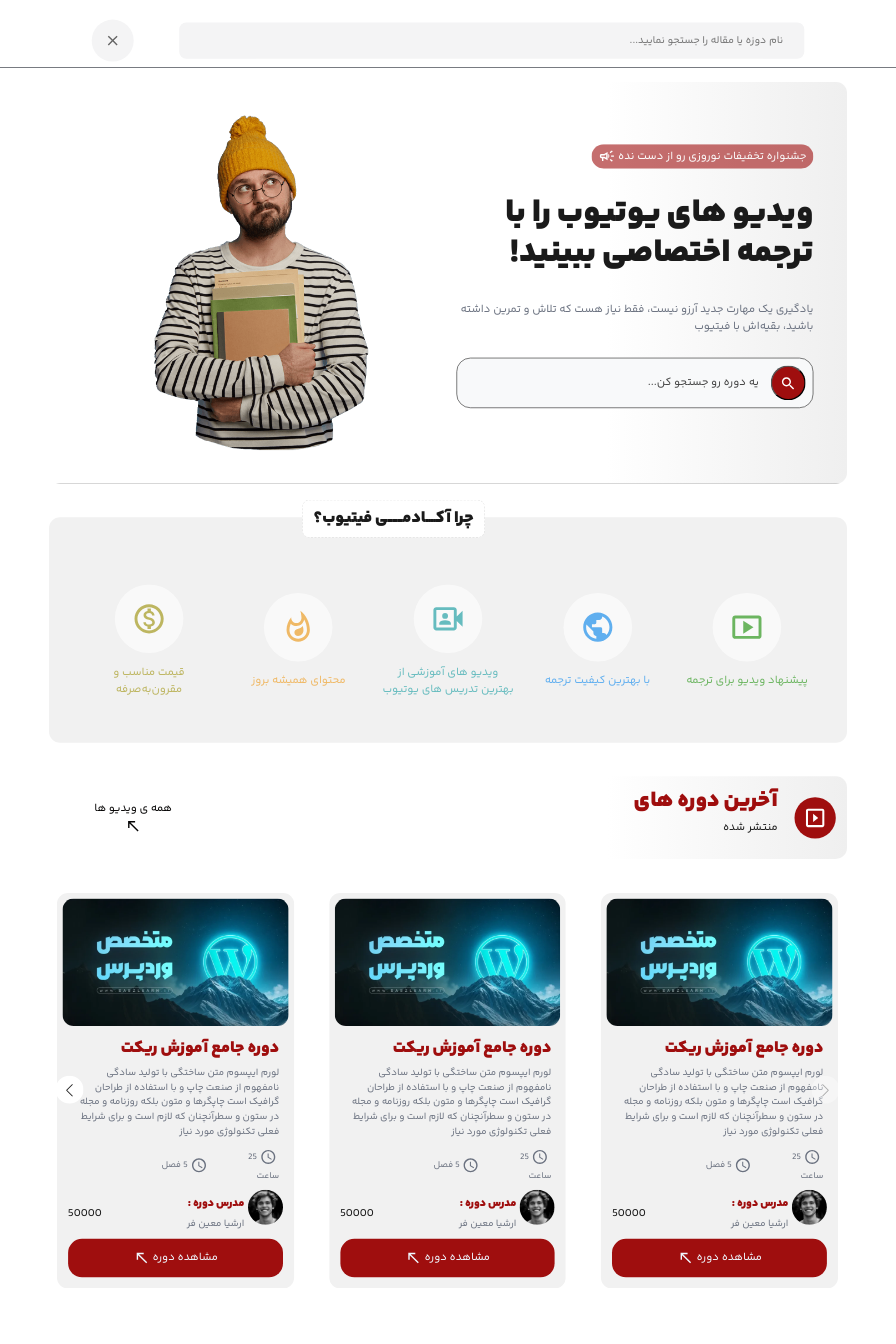
Repository: arshiamoeinfar/fitube
Page: /, after clicking the first element matching `div.utility-bar > :nth-child(2)`
An editor plug-in stored every save of this project. The page is shown before and after a run of saves, followed by the edit.
The browser window is 1280 px wide. The pictures show the part of the page from y = 0 to 1920 px (the page is 2921 px tall), at 70% of full size.
The project was rebuilt for these pictures with package versions that can differ from the ones it lists, and the page was loaded fresh each time. Also part of the build but not shown: src/components/LandingCounter/LandingCounter.css, src/components/LandingCounter/LandingCounter.js, src/components/BoxHeader/BoxHeader.jsx, src/components/Category/Category.jsx, src/components/CartPermium/CartPremium.jsx, src/components/BuyPremium/BuyPremium.jsx, src/pages/Login/Login.js, src/components/MovieHeader/VideoPlayer.css and 2 more. Imported but missing from the stored project, and not drawn on this page: src/assets/videos/video5972191431412946595.mp4.

Above is the page before, as saved 2025-04-04 11:59:11.

### src/index.css
@font-face {
    font-family: 'YakanBakh';
    src: url("./assets/fonts/YekanBakh-Black.ttf") format('truetype');
}
@font-face {
    font-family: 'YakanBakhMedium';
    src: url("./assets/fonts/YekanBakh-Regular.ttf") format('truetype');
}


:root{
    --bs-font-bold: 'YakanBakh';
    --bs-font-md: 'YakanBakhMedium';
}
* {
  margin: 0;
  padding: 0;
  box-sizing: border-box;
  direction: rtl;
}

html,
body {
  width: 100%;
  height: 100%;
  margin: 0;
  padding: 0;
  background-color: #00000000;
}

### src/components/DarkMode/DarkMode.jsx
import { useState, useEffect } from "react";
import { IconButton } from "@mui/material";
import { Brightness4, Brightness7 } from "@mui/icons-material";
import BedtimeOutlinedIcon from '@mui/icons-material/BedtimeOutlined';
import WbSunnyOutlinedIcon from '@mui/icons-material/WbSunnyOutlined';
import "./DarkMode.css";
const ThemeToggle = () => {
    const [theme, setTheme] = useState(localStorage.getItem("theme") || "light");

    useEffect(() => {
        document.documentElement.setAttribute("data-bs-theme", theme);
        localStorage.setItem("theme", theme);
    }, [theme]);

    return (
        <IconButton onClick={() => setTheme(theme === "light" ? "dark" : "light")} color="inherit">
            {theme === "light" ? <BedtimeOutlinedIcon /> : <WbSunnyOutlinedIcon />}
        </IconButton>
    );
};

export default ThemeToggle;

### src/components/DarkMode/DarkMode.css

#btn-DarkMode {
  background-color: var(--btn-bg-color);
  color: var(--btn-color);
  border-color: var(--btn-border-color);
}

:root[data-bs-theme="dark"] {
    --bs-body-bg: #0d0d0d; /* پس‌زمینه کاملاً تاریک */
    --bs-body-color: #e0e0e0; /* متن خاکستری روشن برای خوانایی */
    --bs-card-bg: #1a1a1a; /* رنگ کارت‌ها */
    --bs-card-border-color: #333; /* رنگ بردر کارت */
    --bs-btn-bg: #ffffff; /* رنگ دکمه‌ها */
    --bs-btn-border-color: #444;
    --bs-btn-hover-bg: #333;
    --bs-link-color: #9acd32; /* رنگ لینک‌ها */
    --bg-utility-navbar: #1b1b21;
    --bs-submenu-bg: #9f0e0e;
    --bs-menu-bg:#fff;
    --bs-main-color: #15151A;
    --bs-main-color2: #111115;
    --bs-back-main-2:#121218;
    --bs-btn-hover: #600707;
    --bs-text-color: #ffffff;
}
:root[data-bs-theme="light"] {
    --bs-body-bg: #ffffff; /* پس‌زمینه کاملاً تاریک */
    --bs-body-color: #1a1a1a; /* متن خاکستری روشن برای خوانایی */
    --bs-card-bg: #1a1a1a; /* رنگ کارت‌ها */
    --bs-card-border-color: #333; /* رنگ بردر کارت */
    --bs-btn-bg: #050404; /* رنگ دکمه‌ها */
    --bs-btn-border-color: #444;
    --bs-btn-hover-bg: #333;
    --bs-link-color: #9acd32; /* رنگ لینک‌ها */
    --bg-utility-navbar: #f4f4f5;
    --bs-submenu-bg: #9f0e0e;
    --bs-menu-bg:#9f0e0e;
    --bs-main-color: #efefef;
    --bs-main-color2: #f4f4f4;
    --bs-back-main-2:#f1f1f1;
    --bs-btn-hover: #600707;
    --bs-text-color: #9f0e0e;
}

### src/components/Navbar/Navbar.jsx
import React, { useState } from "react";
import { Link } from "react-router-dom";
import { Navbar, Container, Nav, Row, Col } from "react-bootstrap";
import logo from "./../../assets/icons/Logo.png";
import "./Navbar.css";
import SearchIcon from "@mui/icons-material/Search";
import KeyboardArrowDownIcon from "@mui/icons-material/KeyboardArrowDown";
import KeyboardArrowLeftIcon from "@mui/icons-material/KeyboardArrowLeft";
import ShoppingCartOutlinedIcon from "@mui/icons-material/ShoppingCartOutlined";
import PersonOutlineOutlinedIcon from "@mui/icons-material/PersonOutlineOutlined";
import DarkMode from "../DarkMode/DarkMode";
import CloseIcon from "@mui/icons-material/Close";
const Header = () => {
  const [isShowSerachBox, setIsShowSerachBox] = useState(false);

  return (
    <Navbar id="navbar" className="container-fluid px-3 mx-auto ">
      {isShowSerachBox ? (
        <div className="container search-box w-100 d-flex justify-content-evenly align-items-center">
          <div className="contact-email">
            <input type="text" placeholder="نام دوزه یا مقاله را جستجو نمایید..." className="w-100"/>
          </div>
          <div className="icon-close-searchBox" onClick={() => setIsShowSerachBox(false)}>
            <CloseIcon style={{ color: "#666" }} fontSize="medium" />
          </div>
        </div>
      ) : (
        <div
          id="navbar-container"
          className=" d-flex justify-content-between align-items-center mx-auto"
        >
          <div className="row d-flex justify-content-between align-items-center w-100">
            <div className="col-8 d-flex align-items-center justify-content-start">
              <div className="logo">
                <Link to="/">
                  <img className="logo-navbar" src={logo} alt="logo" />
                </Link>
              </div>
              <div className="menus-navbar">
                <Nav
                  id="navbar-menus"
                  className=" d-flex align-items-center justify-content-start mx-3"
                >
                  <div className="menu  d-flex justify-contant-end align-items-end ">
                    <li
                      className=" mx-3 text-decoration-none nav_link"
                      to="#home"
                    >
                      دسته بندی آموزشها
                      <KeyboardArrowDownIcon />
                      <div className="subMenu">
                        <li>
                          برنامه نویسی
                          <KeyboardArrowLeftIcon />
                        </li>
                        <li>
                          برنامه نویسی
                          <KeyboardArrowLeftIcon />
                        </li>
                        <li>
                          برنامه نویسی
                          <KeyboardArrowLeftIcon />
                        </li>
                        <li>
                          برنامه نویسی
                          <KeyboardArrowLeftIcon />
                        </li>
                        <li>
                          برنامه نویسی
                          <KeyboardArrowLeftIcon />
                        </li>
                        <li>
                          برنامه نویسی
                          <KeyboardArrowLeftIcon />
                        </li>
                        <li>
                          برنامه نویسی
                          <KeyboardArrowLeftIcon />
                        </li>
                        <li>
                          برنامه نویسی
                          <KeyboardArrowLeftIcon />
                        </li>
                      </div>
                    </li>
                  </div>
                  <div className="menu  d-flex justify-contant-end align-items-end ">
                    <li
                      className=" mx-3 text-decoration-none nav_link"
                      to="#home"
                    >
                      مقالات آموزشی
                      <KeyboardArrowDownIcon />
                      <div className="subMenu">
                        <li>
                          برنامه نویسی
                          <KeyboardArrowLeftIcon />
                        </li>
                        <li>
                          برنامه نویسی
                          <KeyboardArrowLeftIcon />
                        </li>
                        <li>
                          برنامه نویسی
                          <KeyboardArrowLeftIcon />
                        </li>
                        <li>
                          برنامه نویسی
                          <KeyboardArrowLeftIcon />
                        </li>
                        <li>
                          برنامه نویسی
                          <KeyboardArrowLeftIcon />
                        </li>
                        <li>
                          برنامه نویسی
                          <KeyboardArrowLeftIcon />
                        </li>
                        <li>
                          برنامه نویسی
                          <KeyboardArrowLeftIcon />
                        </li>
                        <li>
                          برنامه نویسی
                          <KeyboardArrowLeftIcon />
                        </li>
                      </div>
                    </li>
                  </div>
                  <li>
                    <Link className="nav_link text-decoration-none" to="/about">
                      درباره ما
                    </Link>
                  </li>
                </Nav>
              </div>
            </div>
            <div className="col-4">
              <div className="utility-bar d-flex justify-content-between align-items-center">
                {/* <img src={moon} alt="" /> */}

                <div className="_icon_Navbar">
                  <DarkMode />
                  {/* <WbSunnyIcon className="" /> */}
                </div>
                <div
                  className="_icon_Navbar"
                  onClick={() => setIsShowSerachBox(true)}
                >
                  <SearchIcon className=" " />
                </div>
                <div className="_icon_Navbar">
                  <ShoppingCartOutlinedIcon className=" " />
                  <span className="number_product reletive">
                    <span class="ping-effect"></span>
                    <span class="relative inline-flex h-5 w-5 bg-blue-500 rounded-full">
                      2
                    </span>
                  </span>
                </div>
                <div className="_icon_Navbar">
                  <PersonOutlineOutlinedIcon className=" " />
                </div>
                <div className="userLoginInfo">
                  <h3>ارشیا معین فر</h3>
                  <p>خوش آمدید</p>
                </div>
                <div className="userLoginArrow">
                  <KeyboardArrowDownIcon className="" />
                </div>
              </div>
            </div>
          </div>
        </div>
      )}
    </Navbar>
  );
};

export default Header;

### src/components/Header/Header.jsx

import "./Header.css";
import SearchIcon from '@mui/icons-material/Search';
import BoxHeader from "../BoxHeader/BoxHeader";
import main from "./../../assets/images/main.png";
import CampaignOutlinedIcon from '@mui/icons-material/CampaignOutlined';
const AnimatedHeader = () => {
  return (
    <div className="container-fluid  ">
     <div  className="container bg-black rounded-4 p-5 main">

      <div className="row d-flex justify-content-between align-items-center">
        <div className="col-6">
          <div className="header">
            <span id='span-off'>جشنواره تخفیفات نوروزی رو از دست نده <CampaignOutlinedIcon/></span>
            <h1 className="title-main">ویدیو های یوتیوب را با ترجمه اختصاصی ببینید!</h1>
            <p className="text-main">یادگیری یک مهارت جدید آرزو نیست، فقط نیاز هست که تلاش و تمرین داشته باشید، بقیه‌اش با فیتیوب</p>
            <div id="container-input-search" className="input-group mb-3 bg-light">
              <button id="btn-search" className="" type="button">
                <SearchIcon />
              </button>
              <input
              id="input-search"
              type="text" className="form-control " placeholder="یه دوره رو جستجو کن..." />
            </div>
          </div>
        </div>
        <div className="col-6  d-flex justify-content-center align-items-center">
          <img className="img-main-header" src={main} alt="" />
        </div>
      </div>
     </div>
    </div>
  );
};

export default AnimatedHeader;

### src/components/Mostpopular/Most popular.jsx
import React from "react";
import "./Mostpopular.css";
import SlideshowIcon from "@mui/icons-material/Slideshow";
import NorthWestIcon from '@mui/icons-material/NorthWest';
const MostPopular = () => {
  return (
    <div id="container-most" className="container rounded-4 mt-5 p-3">
      <div className="continer-popular  d-flex justify-content-between">
      <div className="row w-100  d-flex justify-content-between align-items-center">
        <div className="col-10 d-flex align-items-center">
          <div className="icon-popular-bac">
            <SlideshowIcon className="icon-popular" fontSize="large" />
          </div>
          <div className="text-poular me-4">
            <h2>آخرین دوره های</h2>
            <p>منتشر شده</p>
          </div>
        </div>
        <div className="col-2">
          <div className="btn-popular">
            <button className="btn-disabled-hover">همه ی ویدیو ها <NorthWestIcon/></button>
          </div>
        </div>
      </div>

      </div>
    </div>
  );
};

export default MostPopular;

### src/components/Header/Header.css
.container-fluid{
  margin-top: 20px;
}
.main {
  background: linear-gradient(
    to right,
    var(--bs-body-bg) 0%,
    var(--bs-body-bg) 40%,
    var(--bs-body-bg) 70%,
    var(--bs-main-color2) 90%,
    var(--bs-main-color) 100%
  );
}
#span-off {
  background-color: var(--bs-submenu-bg);
  font-family: var(--bs-font-md);
  border-radius: 20px;
  padding: 5px 10px;
  color: white;
  animation: breathEffect 3s infinite ease-in-out;
}
@keyframes breathEffect {
  0% {
    transform: scale(1);
    opacity: 0.5;
  }
  50% {
    transform: scale(1.5);
    opacity: 1;
  }
  100% {
    transform: scale(2);
    opacity: 0.5;
  }
}
.title-main {
  font-family: var(--bs-font-bold);
  margin: 2.5rem 0;
  font-size: 3rem;
}
.text-main {
  font-family: var(--bs-font-md);
  color: #6b7280;
  font-size: 1rem;
  margin-bottom: 2rem;
}
#container-input-search {
  padding: 10px;
  border-radius: 20px;
  border: 1px solid var(--bs-btn-border-color);
}
#btn-search {
  width: 50px;
  height: 50px;
  border-radius: 50%;
  margin: auto;
  background-color: var(--bs-submenu-bg);
  color: #ffffff;
}
#input-search {
  font-family: var(--bs-font-md);
  font-size: 16px;
  color: #6b7280;
  background-color: transparent;
  border: none;
  margin-right: 5px;
}
.form-control:focus,
input:focus {
  outline: none !important;
  box-shadow: none !important;
}
#input-search::placeholder {
  font-size: 16px;
  font-family: var(--bs-font-md);
  color: var(--bs-btn-border-color);
}
.img-main-header {
  width: 60%;
}

### src/components/Category/Category.css
@font-face {
 font-family: "YekanBakh";
 src: url("./../../assets/fonts/YekanBakh-ExtraBlack.ttf");
}
@font-face {
    font-family: "YekanBakhRegular";
    src: url("./../../assets/fonts/YekanBakh-Bold.ttf");
  }
  @font-face {
    font-family: "YekanBakhMedium";
    src: url("./../../assets/fonts/YekanBakh-SemiBold.ttf");
  }
#container{
  /* margin-top: -30rem; */
}

#title{
    font-size: 3rem;
    color: #ffffff;
    font-family: "YekanBakh";
}

#title-category{
    font-family: "YekanBakhRegular";
    font-size:1.3rem;
}
#btn-category{
    border: none;
    color: #ffffff;
    padding: 1rem;
    font-family: "YekanBakhMedium";
}

  /* تغییر رنگ آیکون فلش */
  .swiper-button-next::after,
  .swiper-button-prev::after {
    color: rgb(255, 255, 255); /* رنگ فلش */
    font-size: 18px; /* اندازه فلش */
  }

  /* تغییر استایل هنگام هاور */
  .swiper-button-next:hover,
  .swiper-button-prev:hover {
    background-color: rgba(255, 255, 255, 0.8);
  }

  /* استایل دکمه‌های غیرفعال (موقعی که به آخر اسلاید برسیم) */
  .swiper-button-disabled {
    opacity: 0.3;
    pointer-events: none;
  }

  /* مخفی کردن دکمه‌ها در موبایل */
  @media (max-width: 768px) {
    .swiper-button-next, .swiper-button-prev {
      display: none;
    }
  }
  .swiper-pagination {
    bottom: 10px !important; /* مقدار را بیشتر یا کمتر کن تا تنظیم شود */
    z-index: 1000;
    position: absolute;
  }
  .swiper-pagination-bullet{
    background-color: #f16969;
    opacity: 0.5;
  }
  .swiper-pagination-bullet-active{
    background-color: #ff0000;
    opacity: 1;
  }

### src/components/Mostpopular/Mostpopular.css

#container-most {
  background: linear-gradient(
    to right,
    var(--bs-body-bg) 0%,
    var(--bs-body-bg) 40%,
    var(--bs-body-bg) 70%,
    var(--bs-main-color2) 90%,
    var(--bs-main-color) 100%
  );

}

.icon-popular-bac{
  padding: 12px;
  border-radius: 50%;
  background-color: #9f0e0e;
}
.icon-popular{
  color: white;
}
.text-poular h2{
  font-family: var(--bs-font-bold);
  color: #9f0e0e;
}
.text-poular p{
  font-family: var(--bs-font-md);
  color: var( --bs-body-color);
}

.text-poular{
  margin-right: 10px;
}

.btn-popular button{
  color: var( --bs-btn-bg);
  background-color: var(--bs-body-bg);
  padding: 10px 13px;
  border-radius: 30px;
  font-family: var(--bs-font-md);
  border: none;
  transition: all 0.3s ease;
}
.btn-popular button:hover{
color: #9f0e0e;
background-color: var(--bs-body-bg);
}

### src/components/CartPermium/CartPremium.css
@font-face {
  font-family: "YakanBakh";
  src: url("../../assets/fonts/YekanBakh-Black.ttf");
}

#container_card {
    width: 100%;
    height: 100%;
    background: linear-gradient(
        to right,
    rgb(189, 2, 2),
    rgba(55, 3, 3, 0.97),
    rgba(44, 8, 8, 0.91),
    rgba(72, 16, 16, 0.799)
    );
    position: relative;
    top: 8rem;
}

.container_card {
  width: 100%;
  height: 100%;
}
#text_card_premium {
  font-size: 2.5rem;
  color: #ffffff;
  font-family: "YakanBakh";
}

### src/components/BuyPremium/BuyPremium.css
@font-face {
  font-family: "YakanBakh";
  src: url("../../assets/fonts/YekanBakh-Black.ttf");
}
@font-face {
  font-family: "YakanBakhMedium";
  src: url("../../assets/fonts/YekanBakh-Regular.ttf");
}

#container {
  margin-top: 10rem;
}

#container_card_buy {
  width: 100%;
  height: 100%;
  background: linear-gradient(
    to right,
    rgba(15, 15, 15, 1),
    rgba(52, 20, 20, 0.97),
    rgba(58, 24, 24, 0.91),
    rgba(232, 8, 8, 0.56)
  );
}

#text_title_card_buy{
    font-size: 2.5rem;
    color: #ffffff;
    font-family: "YakanBakh";
    margin-bottom: 1rem;
}

#text_card_buy{
    font-size: 1rem;
    color: #ffffff;
    font-family: "YakanBakhMedium";
}


#button_card_buy{
    font-size: 1.1rem;
    color: #ffffff;
    font-family: "YakanBakhMedium";
}

### src/components/WayUs/Wayus.css
.title {
  font-family: var(--bs-font-bold);
  background-color: var(--bs-body-bg);
  font-size: 1.5rem;
  border: 1px dashed #e3e3e3;
  width: fit-content;
  margin: auto;
  padding: 8px 15px;
  border-radius: 10px;
  position: absolute;
  transform: translate(-180%, -135%);
}
.features {
  animation: breathEffect 3s infinite ease-in-out;
}
#container-way-us {
  background-color: var(--bs-back-main-2);
}
@keyframes breathEffect {
  0% {
    opacity: 0.6;
  }
  50% {
    opacity: 1;
  }
  100% {
    opacity: 0.6;
  }
}
.circle {
  background-color: var(--bs-body-bg);
}
.circle-1 {
  color: #0b999e;
}
.circle-3 {
  color: #0184ef;
}
.circle-2 {
  color: #158e00;
}
.circle-4 {
  color: #ef940a;
}
.circle-5 {
  color: #9c8f00;
}
.text-WayUs {
  font-family: var(--bs-font-md);
  margin-top: 1rem;
}

### src/components/BoxCourses/BoxCourses.css

.container-box-courses{
    background-color: var(--bs-back-main-2);
      border-radius: 1rem;
}
.swiper-button-prev{
    background-color: var(--bs-body-bg);
    padding: 10px;
    width: 40px;
    height: 40px;
    border-radius: 50%;
    transition: all 0.3s ease;
}
.swiper-button-next{
    background-color: var(--bs-body-bg);
    padding: 10px;
    width: 40px;
    height: 40px;
    border-radius: 50%;
    transition: all 0.3s ease;
}
.swiper-button-next::after ,
.swiper-button-prev::after{
    color: var( --bs-body-color);
}
.swiper-button-next:hover ,
.swiper-button-prev:hover{
    background-color: var(--bs-body-bg);
}
.img-courses img{
    width: 300px;
    cursor: pointer;
}
.info-box-courses{
    cursor: pointer;
}
.info-box-courses h3{
    font-family: var(--bs-font-bold);
    margin: 10px 5px;
    font-size: 1.5rem;
color: var(    --bs-text-color);
}
.info-box-courses p{
    font-family: var(--bs-font-md);
    margin: 10px 5px;
    color: #6b7280;
    font-size: 14px;
}
.date-score-season{
    display: flex;
    justify-content: start;
    margin: 10px 5px;
}
.date-score-season span{
    font-family: var(--bs-font-md);
    font-size: 0.8rem;
    color: #6b7280;
}

.img-course img{
    width: 50px;
}
.info-teacher-course{
    width: 100%;

}
.info-teacher-course span{
    font-family: var(--bs-font-md);
}
.info-teacher h3{
font-size: 1rem;
}
.btn-courses{
    font-family: var(--bs-font-md);
    background-color: #6666;
    padding: 15px 10px;
    border-radius: 20px;
    border: none;
    background-color: var(--bs-submenu-bg);
    color: aliceblue;
    transition: all 0.3s ease;
}
.btn-courses:hover{
    background-color: #600707;
}

### src/components/Comments/Comments.css
/* .container-commment{
    height: 800px;
} */
.logo-comment {
  background-color: #9f0e0e;
  padding: 12px;
  width: 60px;
  height: 60px;
  border-radius: 50%;
}
.icon-comments {
  color: #fff;
}
.title-comment h3 {
  font-family: var(--bs-font-bold);
  color: #9f0e0e;;
}
.title-comment p {
  font-family: var(--bs-font-md);
  color: #6b7280;
}
.box-comments {
  background-color: var(--bs-back-main-2);
}
.box-comment-texts {
  font-family: var(--bs-font-md);
  color: #6b7280;
}
.customer-name {
  font-family: var(--bs-font-bold);
  color: var(--bs-text-color);
}
.customer-course {
  font-family: var(--bs-font-md);
  color: #6b7280;
}
.img-comment-customer {
  width: 50px;
  height: 50px;
  border-radius: 50%;
}

### src/components/BoxHeader/BoxHeader.css

@font-face {
    font-family: "YekanBakh";
    src: url("../../assets/fonts/YekanBakh-ExtraBold.ttf");
}

#boxHeader{
    border-radius: 10px;
    width:fit-content;
    height: fit-content;
    display: flex;
    justify-content: center;
    align-items: center;
    position: absolute;
    top: 50%;
    left: 50%;
    transform: translate(-50%, 20%);
}

.box-header-item{
    width: 200px;
    height: 200px;
    border-radius: 10px;
    display: flex;
    justify-content: center;
    align-items: center;
    flex-direction: column;
    text-align: center;
    color: black;
    font-family: "YekanBakh";
}

.landing-status__text{
    font-size: 20px;
    font-weight: 500;
    color: #898989;
}

Loaded but not shown: public/index.html (common file); src/index.js (common file); src/pages/Index/Index.js (24 lines, source omitted); src/App.js (19 lines, source omitted); src/routes.js (9 lines, source omitted); src/components/BoxCourses/BoxCourses.jsx (256 lines, source omitted); src/components/Footer/Footer.jsx (150 lines, source omitted); src/components/Comments/Comments.jsx (85 lines, source omitted); src/components/WayUs/Wayus.jsx (66 lines, source omitted); src/components/Navbar/Navbar.css (151 lines, source omitted); src/components/Footer/Footer.css (137 lines, source omitted)

After the next 2 saves:
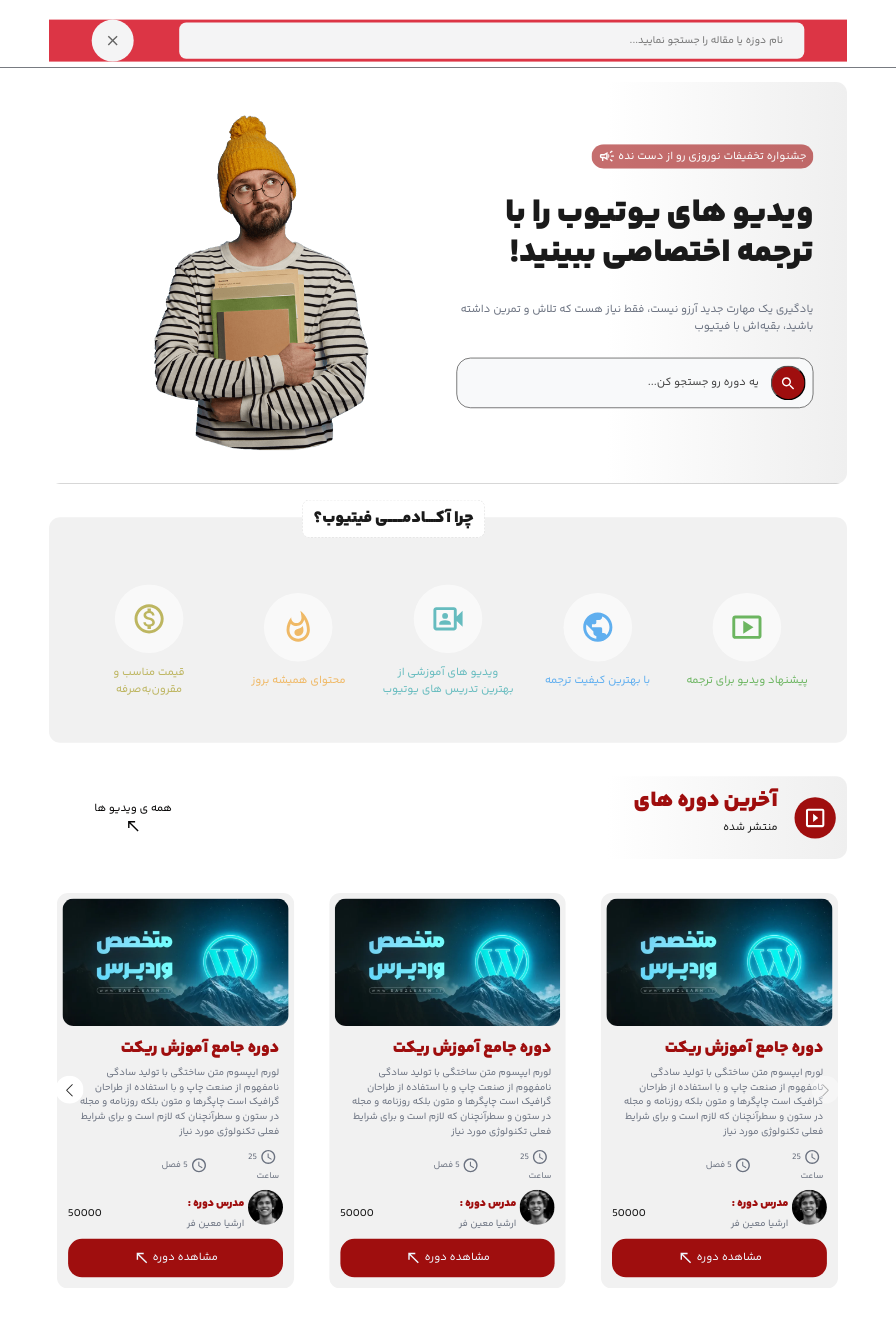
The 2 saves are shown as one change because they came seconds apart.
The last was saved 12 s later.
--- a/src/components/Navbar/Navbar.jsx
+++ b/src/components/Navbar/Navbar.jsx
@@ -16,7 +16,7 @@ const Header = () => {
   return (
     <Navbar id="navbar" className="container-fluid px-3 mx-auto ">
       {isShowSerachBox ? (
-        <div className="container search-box w-100 d-flex justify-content-evenly align-items-center">
+        <div className="container bg-danger search-box w-100 d-flex justify-content-evenly align-items-center">
           <div className="contact-email">
             <input type="text" placeholder="نام دوزه یا مقاله را جستجو نمایید..." className="w-100"/>
           </div>
